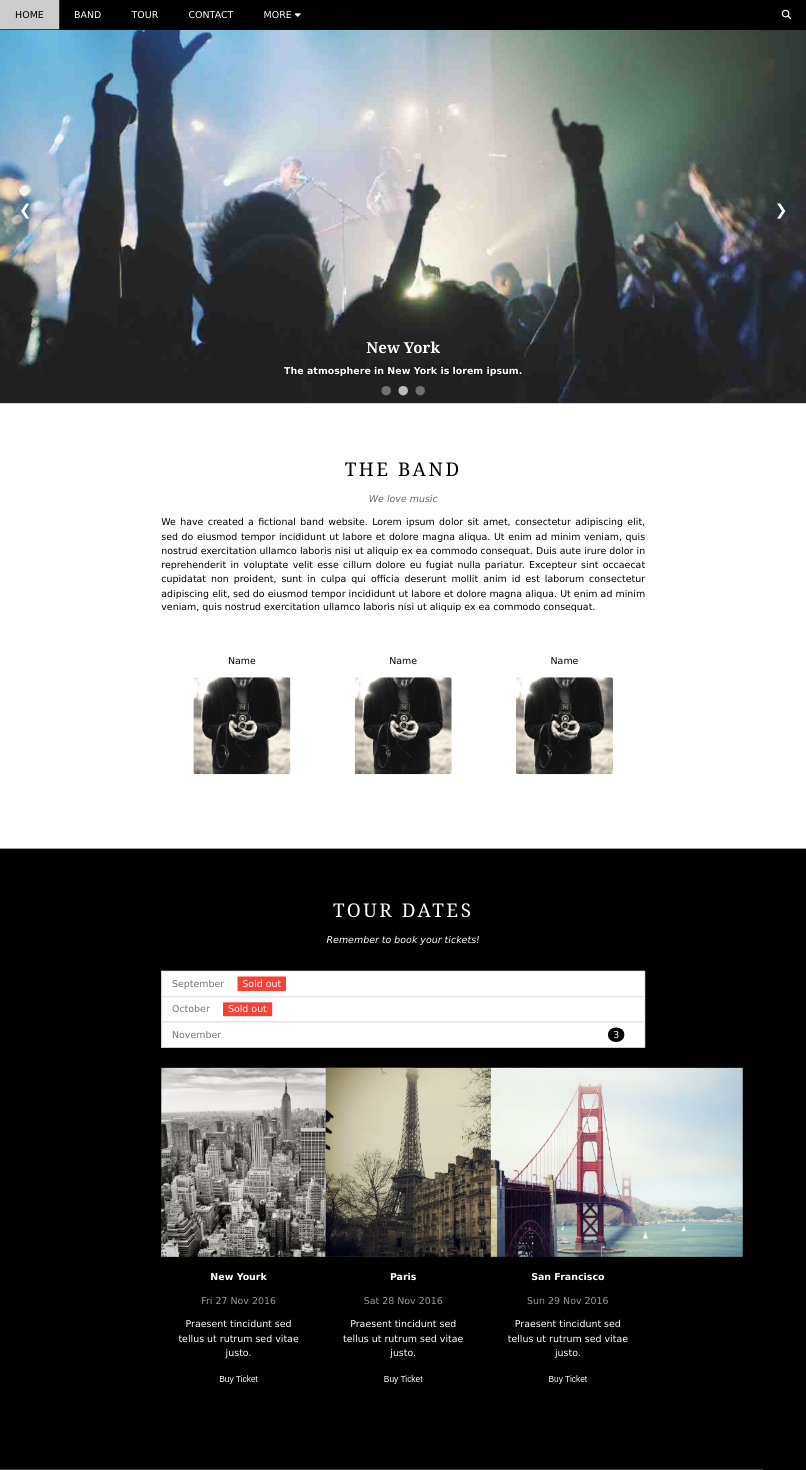
Repository: tam1512/The-Band
Page: index.html
An editor plug-in stored every save of this project. The page is shown before and after the next save, followed by the edit.
The browser window is 1280 px wide. The pictures show the whole page, at 63% of full size.
Some web libraries are served in a nearby version.

Above is the page before, as saved 2022-07-24 08:53:04.

### index.html
<!DOCTYPE html>
<html lang="en">
  <head>
    <meta charset="UTF-8" />
    <meta http-equiv="X-UA-Compatible" content="IE=edge" />
    <meta name="viewport" content="width=device-width, initial-scale=1.0" />
    <link
      rel="stylesheet"
      href="https://cdnjs.cloudflare.com/ajax/libs/font-awesome/6.1.1/css/all.min.css"
      integrity="sha512-KfkfwYDsLkIlwQp6LFnl8zNdLGxu9YAA1QvwINks4PhcElQSvqcyVLLD9aMhXd13uQjoXtEKNosOWaZqXgel0g=="
      crossorigin="anonymous"
      referrerpolicy="no-referrer"
    />
    <link rel="stylesheet" href="./assets/css/style.css" />
    <title>The Band</title>
  </head>
  <body>
    <div class="container">
      <div class="header" id="home">
        <ul class="header_nav">
          <li><a href="#home">HOME</a></li>
          <li><a href="#band">BAND</a></li>
          <li><a href="#tour">TOUR</a></li>
          <li><a href="#contact">CONTACT</a></li>
          <li class="header_nav_dropdown">
            <a href="javascript:void(0)" class="dropbtn">
              MORE
              <i class="fa-solid fa-caret-down"></i>
            </a>
            <div class="dropdown-content">
              <a href="#">Merchandise</a>
              <a href="#">Extras</a>
              <a href="#">Media</a>
            </div>
          </li>
        </ul>
        <div id="header_search">
          <i class="fa-solid fa-magnifying-glass text-white"></i>
        </div>
      </div>
      <!-- Slideshow container -->
      <div class="slider">
        <!-- Full-width image with caption text -->
        <div class="slider_slides-cont">
          <div class="slider_slide">
            <img src="assets/img/la.jpg" alt="Los Angeles" />
            <div class="text padding-32-16 text-white">
              <h3 class="fz-24 margin-10-0">Los Angeles</h3>
              <p class="margin-15-0">
                <b class="text-shadow">We had the bes time playing at Venice Beach!</b>
              </p>
            </div>
          </div>

          <div class="slider_slide">
            <img src="assets/img/ny.jpg" alt="New York" />
            <div class="text padding-32-16 text-white">
              <h3 class="fz-24 margin-10-0">New York</h3>
              <p class="margin-15-0">
                <b class="text-shadow">The atmosphere in New York is lorem ipsum.</b>
              </p>
            </div>
          </div>

          <div class="slider_slide">
            <img src="assets/img/chicago.jpg" alt="Chicago" />
            <div class="text padding-32-16 text-white">
              <h3 class="fz-24 margin-10-0">Chicago</h3>
              <p class="margin-15-0">
                <b class="text-shadow">Thank you, Chicago - A night we won't forget</b>
              </p>
            </div>
          </div>
        </div>

        <!-- The pagination/circles -->
         <div class="slider_pagination"></div>

        <!-- Next and previous buttons (navigatin slide)-->
        <a class="prev">&#10094</a>
        <a class="next">&#10095</a>
        </div>
      </div>
      <div class="content">
        <div class="padding-64-16 text-center" id="band">
          <h2 class="tilte fz-30 margin-10-0">THE BAND</h2>
          <p class="margin-15-0"><i class="sub-title text-opacity">We love music</i></p>
          <p class="band_content margin-15-0 text-justify">We have created a fictional band website. Lorem ipsum dolor sit amet, consectetur adipiscing elit, sed do eiusmod tempor incididunt ut labore et dolore magna aliqua. Ut enim ad minim veniam, quis nostrud exercitation ullamco laboris nisi ut aliquip ex ea commodo consequat. Duis aute irure dolor in reprehenderit in voluptate velit esse cillum dolore eu fugiat nulla pariatur. Excepteur sint occaecat cupidatat non proident, sunt in culpa qui officia deserunt mollit anim id est laborum consectetur adipiscing elit, sed do eiusmod tempor incididunt ut labore et dolore magna aliqua. Ut enim ad minim veniam, quis nostrud exercitation ullamco laboris nisi ut aliquip ex ea commodo consequat.</p>
          <div class="row band_members padding-32-0">
            <div class="third band_member">
              <p class="margin-15-0">Name</p>
              <img src="assets/img/bandmember.jpg" alt="band member" class="band_member_img margin-bottom-16">
            </div>
            <div class="third band_member">
              <p class="margin-15-0">Name</p>
              <img src="assets/img/bandmember.jpg" alt="band member" class="band_member_img margin-bottom-16">
            </div>
            <div class="third band_member">
              <p class="margin-15-0">Name</p>
              <img src="assets/img/bandmember.jpg" alt="band member" class="band_member_img margin-bottom-16">
            </div>
          </div>
          <!-- <div style="clear: both;"></div> -->
        </div>
        <div class="backgroud-black" id="tour">
          <div class="tour-container padding-64-16 text-center text-white">
            <h2 class="tilte fz-30 margin-10-0">TOUR DATES</h2>
            <p class="margin-15-0"><i class="sub-title">Remember to book your tickets!</i></p>
            <br>
            <ul class="list-month backgroud-white">
              <li class="month-item padding-8-16 boder-bottom">
                <p class="month text-grey">September</p>
                <span class="ticket-sold-out text-white">Sold out</span>
              </li>
              <li class="month-item padding-8-16 boder-bottom">
                <p class="month text-grey">October</p>
                <span class="ticket-sold-out text-white">Sold out</span>
              </li>
              <li class="month-item padding-8-16 boder-bottom">
                <p class="month text-grey">November</p>
                <span class="ticket-still text-white">3</span>
              </li>
            </ul>

            <div class="row ticket-list padding-32-8">
              <div class="third ticket-wrap margin-bottom-16 padding-0-8">
                <img class="ticket-img" src="assets/img/newyork.jpg" alt="Ticket New Yourk">
                <div class="tick-content padding-0-16">
                  <p class="ticket-name margin-15-0"><b>New Yourk</b></p>
                  <p class="ticket-time text-opacity margin-15-0">Fri 27 Nov 2016</p>
                  <p class="ticket-desc margin-15-0">Praesent tincidunt sed tellus ut rutrum sed vitae justo.</p>
                  <button class="btn margin-bottom-16">Buy Ticket</button>
                </div>
              </div>
              <div class="third ticket-wrap margin-bottom-16 padding-0-8">
                <img class="ticket-img" src="assets/img/paris.jpg" alt="Ticket Chicago">
                <div class="tick-content padding-0-16">
                  <p class="ticket-name margin-15-0"><b>Paris</b></p>
                  <p class="ticket-time text-opacity margin-15-0">Sat 28 Nov 2016</p>
                  <p class="ticket-desc margin-15-0">Praesent tincidunt sed tellus ut rutrum sed vitae justo.</p>
                  <button class="btn margin-bottom-16">Buy Ticket</button>
                </div>
              </div>
              <div class="third ticket-wrap margin-bottom-16 padding-0-8">
                <img class="ticket-img" src="assets/img/sanfran.jpg" alt="Ticket San Francisco">
                <div class="tick-content padding-0-16">
                  <p class="ticket-name margin-15-0"><b>San Francisco</b></p>
                  <p class="ticket-time text-opacity margin-15-0">Sun 29 Nov 2016</p>
                  <p class="ticket-desc margin-15-0">Praesent tincidunt sed tellus ut rutrum sed vitae justo.</p>
                  <button class="btn margin-bottom-16">Buy Ticket</button>
                </div>
              </div>
            </div>
          </div>
        </div>
      </div>
    </div>
    <script src="assets/js/js.js"></script>
  </body>
</html>

### assets/css/style.css
:root {
}

* {
  padding: 0;
  margin: 0;
  box-sizing: border-box;
}

body {
  font-family: Verdana, sans-serif;
  font-size: 15px;
  line-height: 22.5px;
}

h1,
h2,
h3,
h4,
h5,
h6 {
  font-family: Georgia, serif;
}

.fz-24 {
  font-size: 24px;
}

.fz-30 {
  font-size: 30px;
}

.text-white {
  color: white;
}

.text-grey {
  color: #757575;
}

.text-opacity {
  opacity: 0.6 !important;
}

.backgroud-black {
  background-color: #000;
}

.backgroud-white {
  background-color: #fff;
}

.text-center {
  text-align: center;
}

.text-justify {
  text-align: justify;
}

.padding-0-8 {
  padding: 0 8px !important;
}

.padding-0-16 {
  padding: 0 16px !important;
}

.padding-64-16 {
  padding: 64px 16px !important;
}

.padding-32-16 {
  padding: 32px 16px !important;
}

.padding-32-8 {
  padding: 32px 8px !important;
}

.padding-32-0 {
  padding: 32px 0 !important;
}

.padding-8-16 {
  padding: 8px 16px !important;
}

.padding-32 {
  padding: 32px !important;
}

.margin-0-24 {
  margin: 0 24px !important;
}

.margin-10-0 {
  margin: 10px 0 !important;
}

.margin-15-0 {
  margin: 15px 0 !important;
}

.margin-bottom-16 {
  margin-bottom: 16px;
}

.text-shadow {
  text-shadow: 0 0 3px #000;
}

.boder-bottom {
  border: 1px solid #ddd;
}

.btn {
  display: inline-block;
  text-decoration: none;
  color: white;
  border: none;
  outline: none;
  padding: 8px 16px;
  background-color: #000;
  text-align: center;
}

.header {
  position: fixed;
  top: 0;
  right: 0;
  left: 0;
  z-index: 2;
}

.header_nav {
  list-style-type: none;
  background-color: #000;
  overflow: hidden;
}

.header_nav > li {
  float: left;
}

.header_nav > li > a,
.dropbtn {
  display: inline-block;
  padding: 12px 24px;
  text-align: center;
  color: #fff;
  text-decoration: none;
}

.header_nav > li > a:hover,
.header_nav_dropdown:hover,
.dropbtn:hover,
.dropdown-content a:hover {
  background-color: #ccc;
  color: black;
}

li.header_nav_dropdown {
  display: inline-block;
  /* position: relative; */
}

.dropdown-content {
  display: none;
  position: absolute;
  min-width: 160px;
  background-color: #fff;
  box-shadow: 0px 8px 16px 0px rgba(0, 0, 0, 0.2);
  z-index: 1;
}

.dropdown-content a {
  color: #000 !important;
  text-align: left;
  padding: 8px 16px;
  display: block;
  text-decoration: none;
}

.header_nav_dropdown:hover .dropdown-content {
  display: block;
}

#header_search {
  position: absolute;
  top: 0;
  right: 0;
  padding: 12px 24px;
}

#header_search:hover {
  background-color: #f44336;
}

/* Slider */
/* Slideshow container */
.slider,
.slider_slides-cont {
  max-width: 100%;
  height: auto;
  position: relative;
  /* top: 47px; */
  margin: auto;
}

/* Hide the images by default */
.slider_slide {
  display: none;
}

.slider_slide:first-child {
  display: block;
}

.slider_slides-cont img {
  width: 100%;
  height: 100%;
}

/* Next & previous buttons */
.prev,
.next {
  cursor: pointer;
  position: absolute;
  top: 50%;
  transform: translate(0, -50%);
  margin: 10px;
  padding: 24px 20px;
  color: #fff;
  font-weight: bold;
  font-size: 24px;
  transition: background-color 0.6s ease;
  border-radius: 5px 5px 5px 5px;
  user-select: none;
}

/* Position the "next button" to the right */
.next {
  right: 0;
  border-radius: 5px 5px 5px 5px;
}

/* On hover, add a black backgroound color with a little bit see-through */
.prev:hover,
.next:hover {
  background-color: rgba(191, 191, 191, 0.6);
  color: rgb(26, 23, 23);
  font-weight: bolder;
}

/* Caption text */
.text {
  position: absolute;
  left: 50%;
  transform: translate(-50%, -100%);
  text-align: center;
}

.slider_pagination {
  position: absolute;
  left: 50%;
  transform: translate(-50%, -120%);
}

.slider_pagination_btn {
  cursor: pointer;
  padding: 6px;
  background-color: transparent;
  display: inline-block;
  transition: background-color 0.6s ease;
}

.slider_pagination_btn::before {
  content: "";
  display: inline-block;
  height: 15px;
  width: 15px;
  border-radius: 50%;
  background-color: #717171;
}
.slider_pagination_btn.slider_pagination_btn--sel::before,
.slider_pagination_btn:hover::before {
  background-color: #bbb;
}

/* content */

#band,
.tour-container,
#contact {
  max-width: 800px;
  margin-left: auto;
  margin-right: auto;
}

.tilte {
  font-weight: normal;
  line-height: 45px;
  letter-spacing: 4px;
}

/* band */
/* Third image */

.row:after {
  content: "";
  display: table;
  clear: both;
}

.third {
  float: left;
  width: calc(100% / 3);
}

.band_member_img {
  width: 60%;
  border-radius: 4px;
}

/* Month ticket */
.list-month {
  list-style-type: none;
  text-align: left;
}

.month-item {
  position: relative;
}

.month {
  display: inline-block;
}

.ticket-sold-out {
  display: inline-block;
  background-color: #f44336;
  padding: 0 8px;
  margin-left: 16px;
}

.ticket-still {
  display: inline-block;
  padding: 0 8px;
  position: absolute;
  right: 32px;
  text-align: center;
  background-color: #000;
  border-radius: 50%;
}

/* ticket list */
.ticket-list {
  margin: 0 -16px;
}

.ticket-wrap {
}

### assets/js/js.js
let currentIndex = 0;
let newIndex = 0;
let autoplay = true;

//tạo một object cho việc tự động chuyển slide
let Autoplay = {
  timerID: null,
  interval: 4000,

  start: function () {
    this.timerID = setInterval(function () {
      newIndex++;
      navigateSlider();
    }, this.interval);
  },

  reset: function () {
    clearInterval(this.timerID);
    this.start();
  },
};

let slideElements = document.getElementsByClassName("slider_slide");
let slidesLength = slideElements.length;
let paginationElement = document.getElementsByClassName("slider_pagination")[0];
let prevElement = document.getElementsByClassName("prev")[0];
let nextElement = document.getElementsByClassName("next")[0];

// lấy sự kiện click của 2 nut prev và next
prevElement.addEventListener("click", function () {
  newIndex--;
  navigateSlider();
});

nextElement.addEventListener("click", function () {
  newIndex++;
  navigateSlider();
});

// tạo số dot tương ứng với số slide
paginationHTML = [];
for (let i = 0; i < slidesLength; i++) {
  paginationHTML.push(
    `<span class="slider_pagination_btn" data-index="${i}"></span>`
  );
}
// Thêm paginationHTML vào bên trong thẻ HTML
paginationElement.innerHTML = paginationHTML.join("");

//kiểm tra xem đã có phần tử chứa class="slider_pagination_btn" chưa? nếu có lấy giá trị trong data-index của nó gán cho newIndex
paginationElement.addEventListener("click", function (e) {
  let target = e.target;
  if (target.classList.contains("slider_pagination_btn")) {
    newIndex = Number(target.getAttribute("data-index"));
    navigateSlider();
  }
});

// Hàm hiện thị slide
function navigateSlider() {
  // Kiểm tra để newIndex luôn nằm trong khoảng từ 0 -> slideLength
  if (newIndex < 0) {
    newIndex = slidesLength - 1;
  } else if (newIndex > slidesLength - 1) {
    newIndex = 0;
  }

  //Thêm và xóa slider_pagination_btn--sel
  paginationElement.childNodes[currentIndex].classList.remove(
    "slider_pagination_btn--sel"
  );
  paginationElement.childNodes[newIndex].classList.add(
    "slider_pagination_btn--sel"
  );

  //reset interval(khoảng thời gian) để slide không gặp vấn đề về chuyển đổi
  if (autoplay) {
    Autoplay.reset();
  }

  //Ẩn slide trước và hiện slide cần hiện
  slideElements[currentIndex].style.display = "none";
  slideElements[newIndex].style.display = "block";

  currentIndex = newIndex;
}

// thiết lập autoplay cho slider
if (autoplay) {
  Autoplay.start();
}

// khi load page sẽ bị lỗi hiển thị ban đầu, đây là cách giải quyết
navigateSlider();

After the next save:
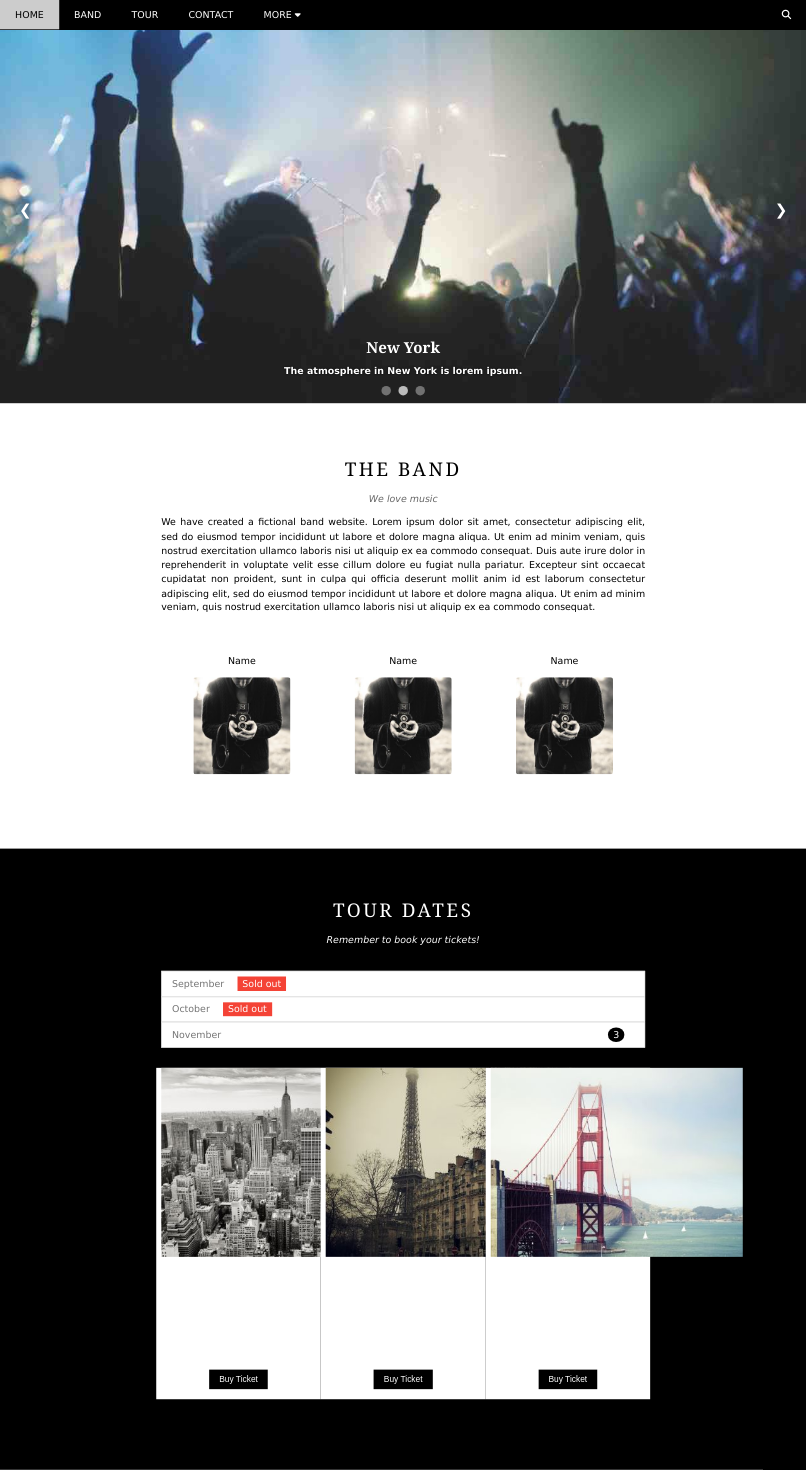
Saved 44 s later.
--- a/index.html
+++ b/index.html
@@ -123,7 +123,7 @@
             </ul>
 
             <div class="row ticket-list padding-32-8">
-              <div class="third ticket-wrap margin-bottom-16 padding-0-8">
+              <div class="ticket-wrap third margin-bottom-16 padding-0-8 backgroud-white">
                 <img class="ticket-img" src="assets/img/newyork.jpg" alt="Ticket New Yourk">
                 <div class="tick-content padding-0-16">
                   <p class="ticket-name margin-15-0"><b>New Yourk</b></p>
@@ -132,7 +132,7 @@
                   <button class="btn margin-bottom-16">Buy Ticket</button>
                 </div>
               </div>
-              <div class="third ticket-wrap margin-bottom-16 padding-0-8">
+              <div class="ticket-wrap third margin-bottom-16 padding-0-8 backgroud-white">
                 <img class="ticket-img" src="assets/img/paris.jpg" alt="Ticket Chicago">
                 <div class="tick-content padding-0-16">
                   <p class="ticket-name margin-15-0"><b>Paris</b></p>
@@ -141,7 +141,7 @@
                   <button class="btn margin-bottom-16">Buy Ticket</button>
                 </div>
               </div>
-              <div class="third ticket-wrap margin-bottom-16 padding-0-8">
+              <div class="ticket-wrap third margin-bottom-16 padding-0-8 backgroud-white">
                 <img class="ticket-img" src="assets/img/sanfran.jpg" alt="Ticket San Francisco">
                 <div class="tick-content padding-0-16">
                   <p class="ticket-name margin-15-0"><b>San Francisco</b></p>
